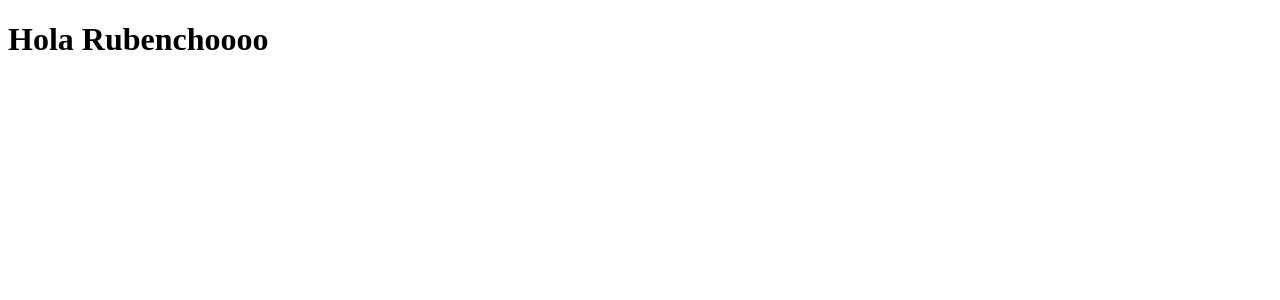
Repository: RubeAlfordUnad/myweb
Page: web.html
These files come from the project's save history. The page is drawn as it stood at one moment and after the next save; the edit follows.
The browser window is 1280 px wide. The pictures show the whole page.

Above is the page before, as saved 2024-02-13 06:26:21.

After the next save:
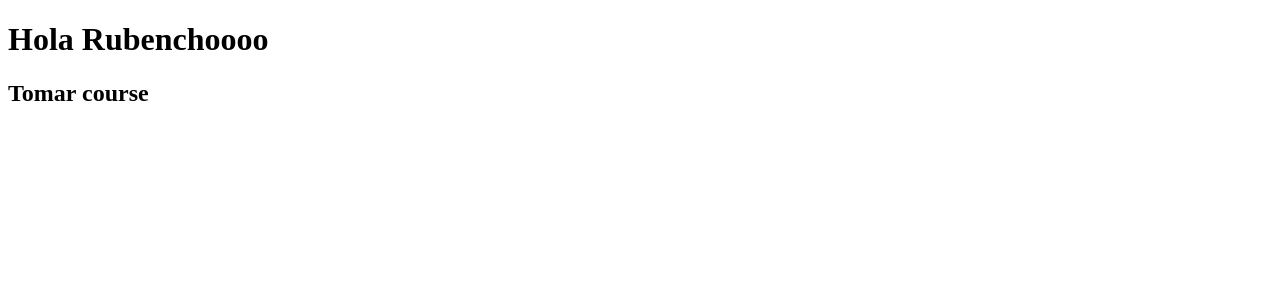
Saved 38 min 41 s later.
--- a/web.html
+++ b/web.html
@@ -8,6 +8,9 @@
             <h1>
                 Hola Rubenchoooo
             </h1>
+            <h2>
+                Tomar course
+            </h2>
         </div>
     </body>
 </html>
